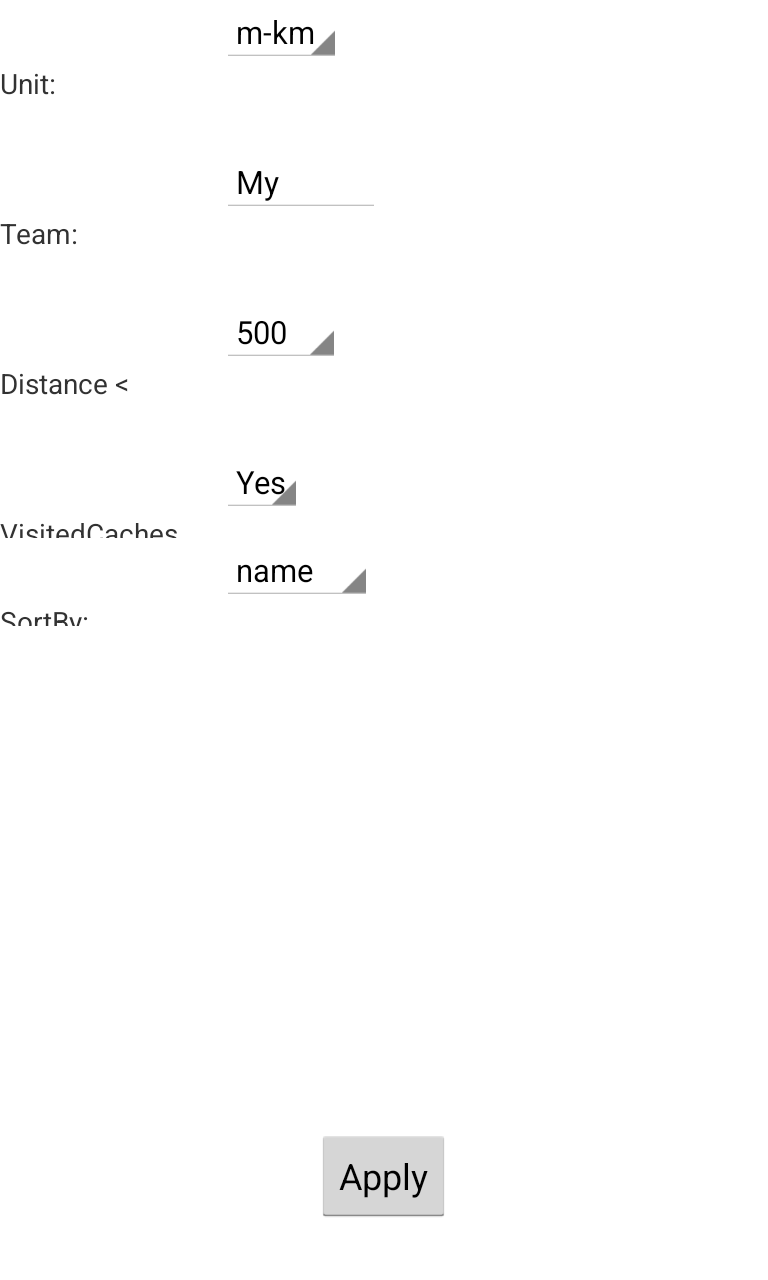
Repository: mpdehnel/seg
Layout: VectorOne/res/layout/activity_settings.xml
The author's editor kept a copy of each file at every save. The layout is drawn from the files as they stood at one save, then again after the next save.
It is drawn on a 768 x 1280 px phone screen (xhdpi) without system bars, with theme AppTheme; the app's code is not run.

Above is the layout before, as saved 2013-03-13 20:43:32.

After the next save:
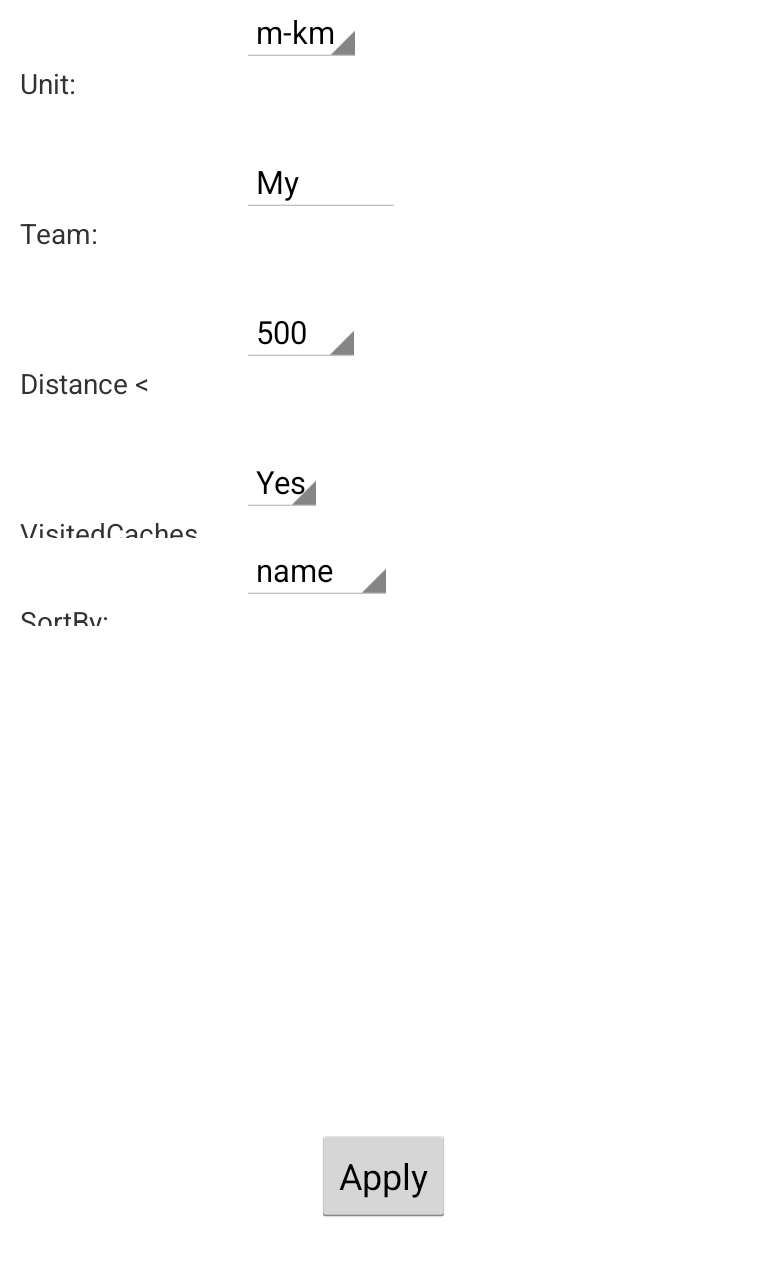
Saved 41 s later.
--- a/VectorOne/res/layout/activity_settings.xml
+++ b/VectorOne/res/layout/activity_settings.xml
@@ -18,6 +18,7 @@
                 android:id="@+id/Unit"
                 android:layout_width="110dp"
                 android:layout_height="50dp"
+                android:layout_marginLeft="10dp"
                 android:layout_marginTop="25dp"
                 android:text="Unit:" />
 
@@ -37,6 +38,7 @@
                 android:id="@+id/team_lable"
                 android:layout_width="110dp"
                 android:layout_height="50dp"
+                android:layout_marginLeft="10dp"
                 android:layout_marginTop="25dp"
                 android:text="Team:" />
 
@@ -56,6 +58,7 @@
                 android:id="@+id/max_distance"
                 android:layout_width="110dp"
                 android:layout_height="50dp"
+                android:layout_marginLeft="10dp"
                 android:layout_marginTop="25dp"
                 android:text="Distance &lt;" />
 
@@ -76,6 +79,7 @@
                 android:id="@+id/settings_cache"
                 android:layout_width="110dp"
                 android:layout_height="wrap_content"
+                android:layout_marginLeft="10dp"
                 android:layout_marginTop="25dp"
                 android:text="VisitedCaches" />
 
@@ -96,6 +100,7 @@
                 android:id="@+id/settings_Sortby"
                 android:layout_width="110dp"
                 android:layout_height="wrap_content"
+                android:layout_marginLeft="10dp"
                 android:layout_marginTop="25dp"
                 android:text="SortBy:" />
 
